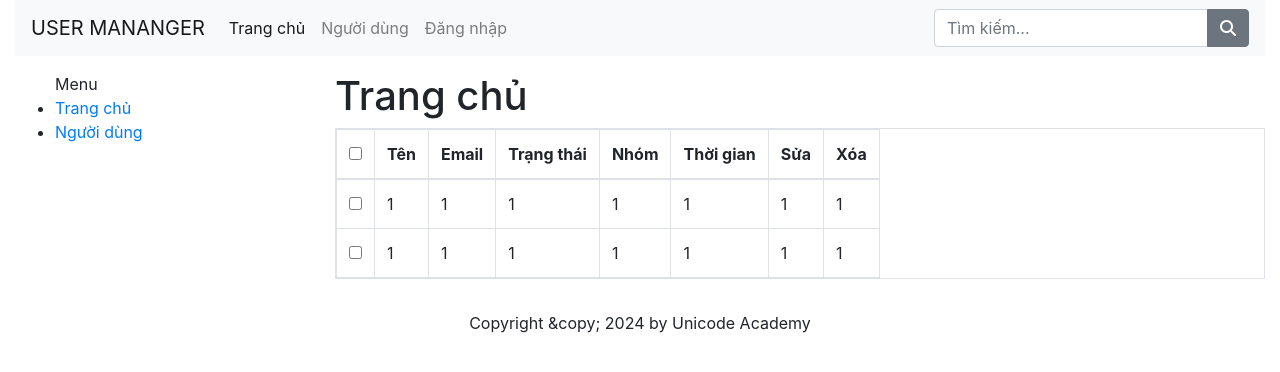
Repository: tam1512/USER_MANAGERMENT_MVC
Page: http://localhost/nguoi-dung
The author's editor kept a copy of each file at every save. The page is drawn from the files as they stood at one save, then again after the next save.
The browser window is 1280 px wide. The pictures show the whole page.
The page is run by PHP 8.4 with error messages shown; the project is at /var/www/html/.

Above is the page before, as saved 2024-04-04 16:39:08.

After the next save:
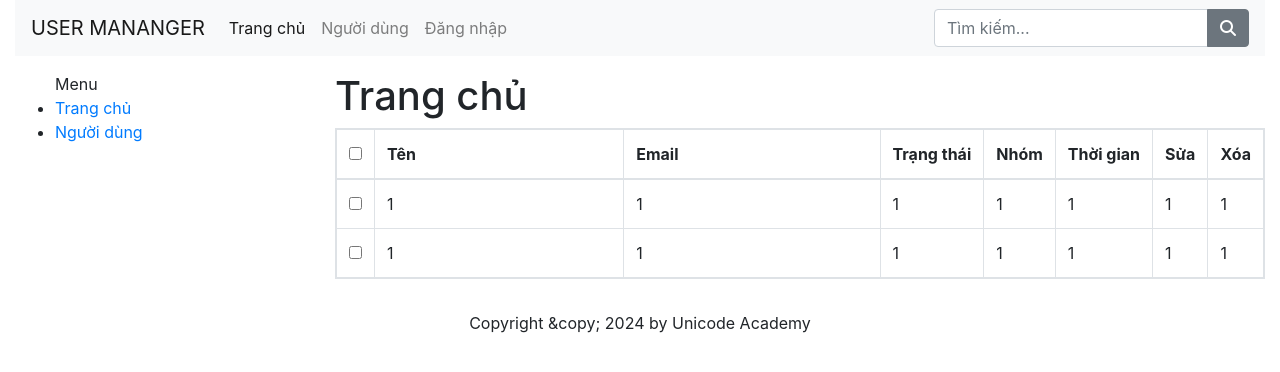
Saved 28 s later.
--- a/app/views/user/index.php
+++ b/app/views/user/index.php
@@ -4,8 +4,8 @@
       <thead>
          <tr>
             <th><input type="checkbox" name="chooseUser" id="checkAllUser"></th>
-            <th>Tên</th>
-            <th>Email</th>
+            <th width="50%">Tên</th>
+            <th width="50%">Email</th>
             <th>Trạng thái</th>
             <th>Nhóm</th>
             <th>Thời gian</th>
